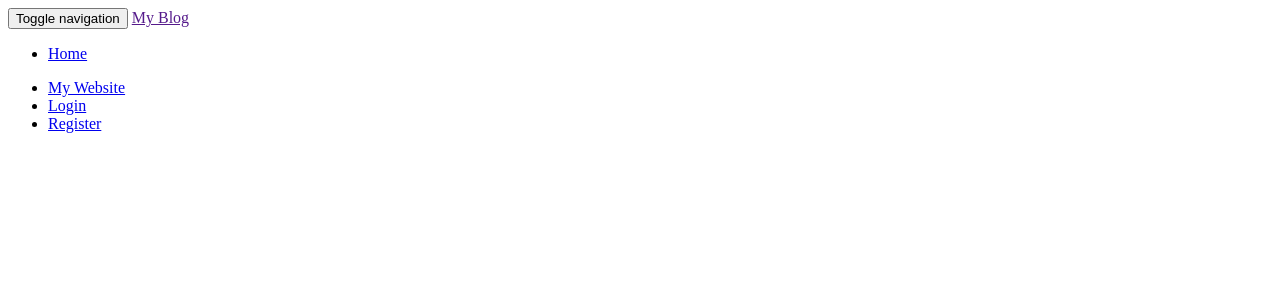
Repository: AnnieFisher/blog
Page: BlogMVC/WebContent/gen-nav.html
These files come from the project's save history. The page is drawn as it stood at one moment and after the next save; the edit follows.
The browser window is 1280 px wide. The pictures show the whole page.

Above is the page before, as saved 2016-12-21 04:05:57.

After the next save:
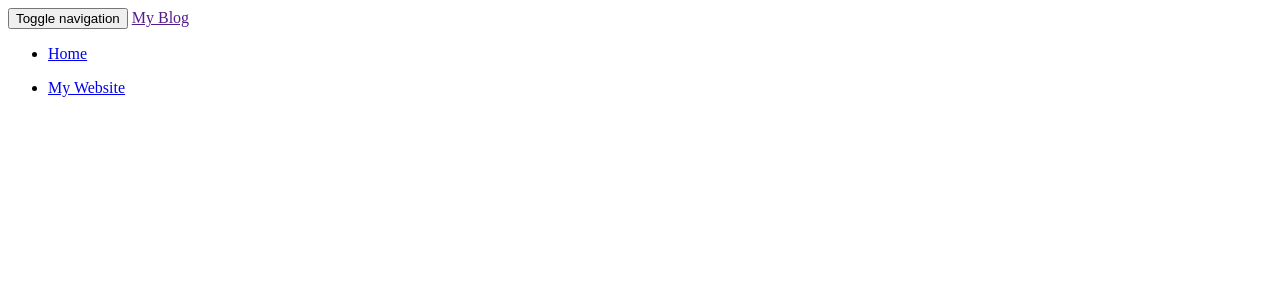
Saved 17 s later.
--- a/BlogMVC/WebContent/gen-nav.html
+++ b/BlogMVC/WebContent/gen-nav.html
@@ -19,8 +19,8 @@
            			 </ul>
            			 <ul class="nav navbar-nav navbar-right">
 			            <li><a href="http://annielynnfisher.com" target="_blank">My Website</a></li>
-			 			<li class="active"><a href="#/login">Login</a></li>
-			 			<li class="active"><a href="#/register">Register</a></li>
+			 		<!-- 	<li class="active"><a href="#/login">Login</a></li>
+			 			<li class="active"><a href="#/register">Register</a></li>  -->
 		 			</ul>
           		</div><!--/.nav-collapse -->
         	    </div><!--/.container-fluid -->
